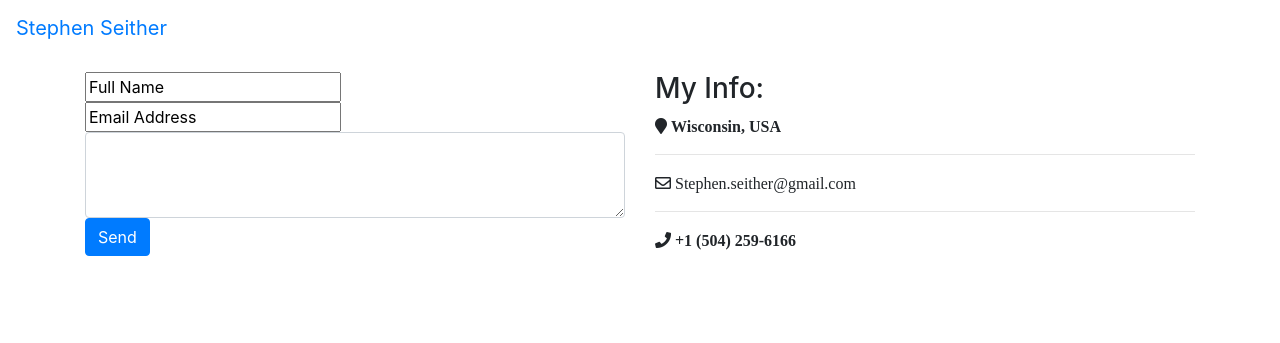
Repository: stephenseither/First-Milestone-Project
Page: contact_me.html
The author's editor kept a record of every edit. The page is drawn from the files as they stood at one moment, then again after the next edit.
The browser window is 1280 px wide. The pictures show the whole page.
Some web libraries are served in a nearby version.

Above is the page before.

### contact_me.html
<!DOCTYPE html>
<html lang="en">

<head>
    <meta charset="UTF-8">
    <meta name="viewport" content="width=device-width, initial-scale=1.0">
    <meta http-equiv="X-UA-Compatible" content="ie=edge">
    <link rel="stylesheet" href="https://stackpath.bootstrapcdn.com/bootstrap/4.3.1/css/bootstrap.min.css" integrity="sha384-ggOyR0iXCbMQv3Xipma34MD+dH/1fQ784/j6cY/iJTQUOhcWr7x9JvoRxT2MZw1T" crossorigin="anonymous">
    <link rel="stylesheet" href="https://use.fontawesome.com/releases/v5.10.2/css/all.css" integrity="sha384-rtJEYb85SiYWgfpCr0jn174XgJTn4rptSOQsMroFBPQSGLdOC5IbubP6lJ35qoM9" crossorigin="anonymous">
    <title>Document</title>
</head>

<body>
    <nav class="navbar navbar-expand-sm navrbar-light">
        <a href="index.html" class="navbar-brand">Stephen Seither</a>
        <ul>

        </ul>
    </nav>
    <div class="container mt-3">
        <div class="row">
            <div class="col-sm-6 col-md-6">
                <form>
                    <input type="text" name="fullname" value="Full Name">
                    <br>
                    <input type="text" name="email" value="Email Address">
                    <br>
                    <textarea name="message" class="form-control" id="form-message" rows="3"></textarea>
                    <button type="submit" class="btn btn-primary btn-submit">Send</button>
                </form>
            </div>
            <div class="col-sm-6 col-md-6">
                <h3>My Info:</h3>
                <i class="fa fa-map-marker" aria-hidden="true"> Wisconsin, USA</i>
                <hr>
                <i class="far fa-envelope"> Stephen.seither@gmail.com</i>
                <hr>
                <i class="fas fa-phone"> +1 (504) 259-6166</i>
            </div>
        </div>
    </div>
</body>

</html>

After the next edit:
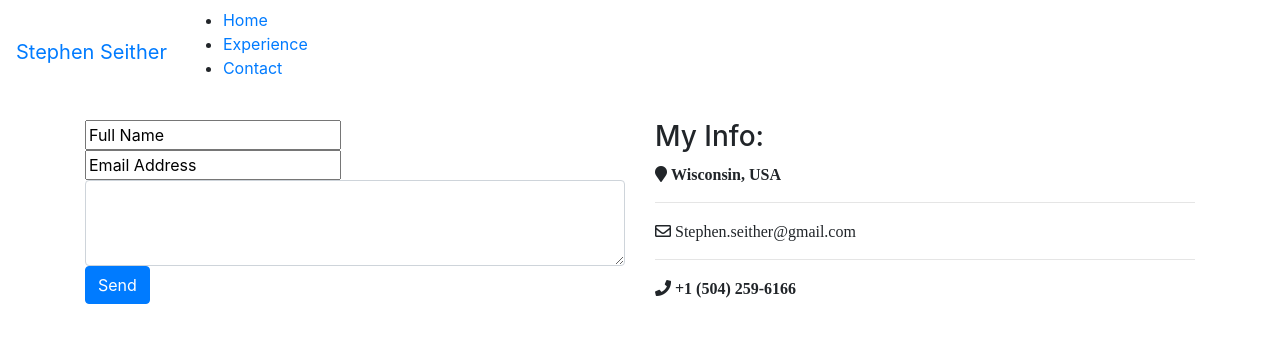
The edit:
--- a/contact_me.html
+++ b/contact_me.html
@@ -14,7 +14,9 @@
     <nav class="navbar navbar-expand-sm navrbar-light">
         <a href="index.html" class="navbar-brand">Stephen Seither</a>
         <ul>
-
+            <li class="active nav-item mr-2"><a href="index.html">Home</a></li>
+            <li class="nav-item mr-2"><a href="experience.html">Experience</a></li>
+            <li class="nav-item mr-2"><a href="contact.html">Contact</a></li>
         </ul>
     </nav>
     <div class="container mt-3">
